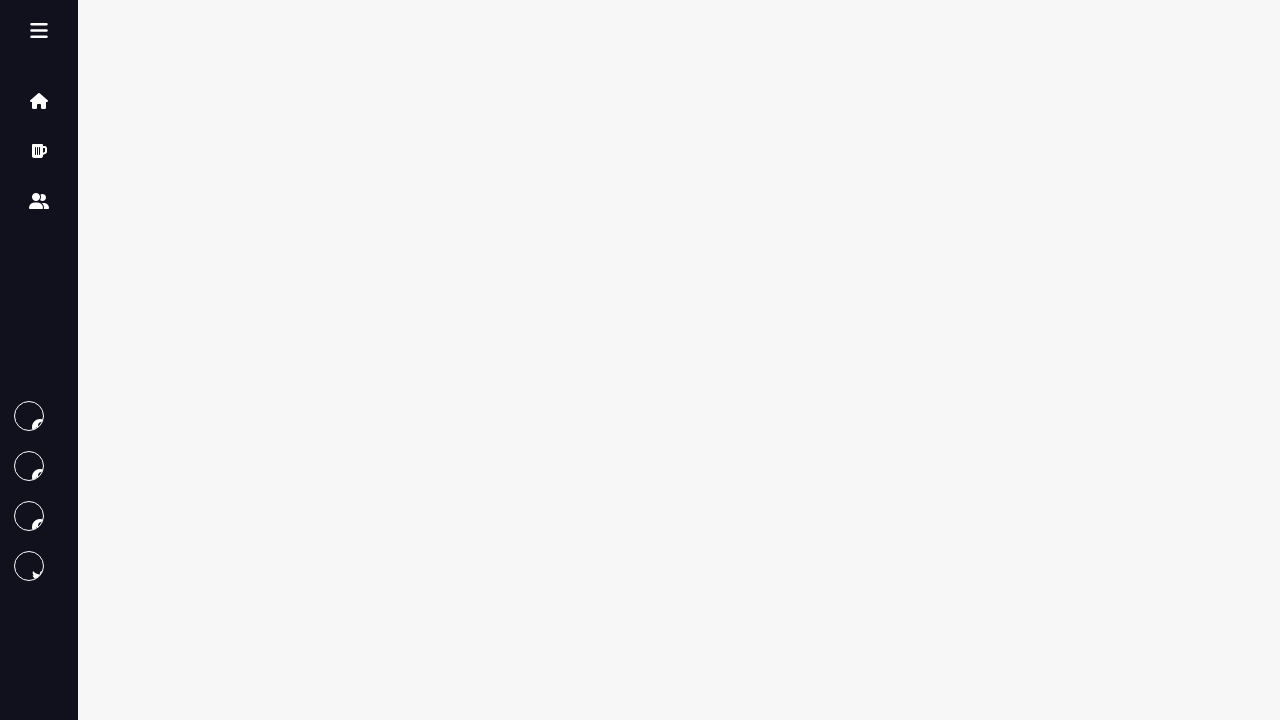
Repository: Nic98/MilkTeaWebsite
Page: mywebsite.html
These files come from the project's save history. The page is drawn as it stood at one moment and after the next save; the edit follows.
The browser window is 1280 px wide. The pictures show the whole page.
Some web libraries are served in a nearby version.

Above is the page before, as saved 2024-05-28 23:12:59.

After the next save:
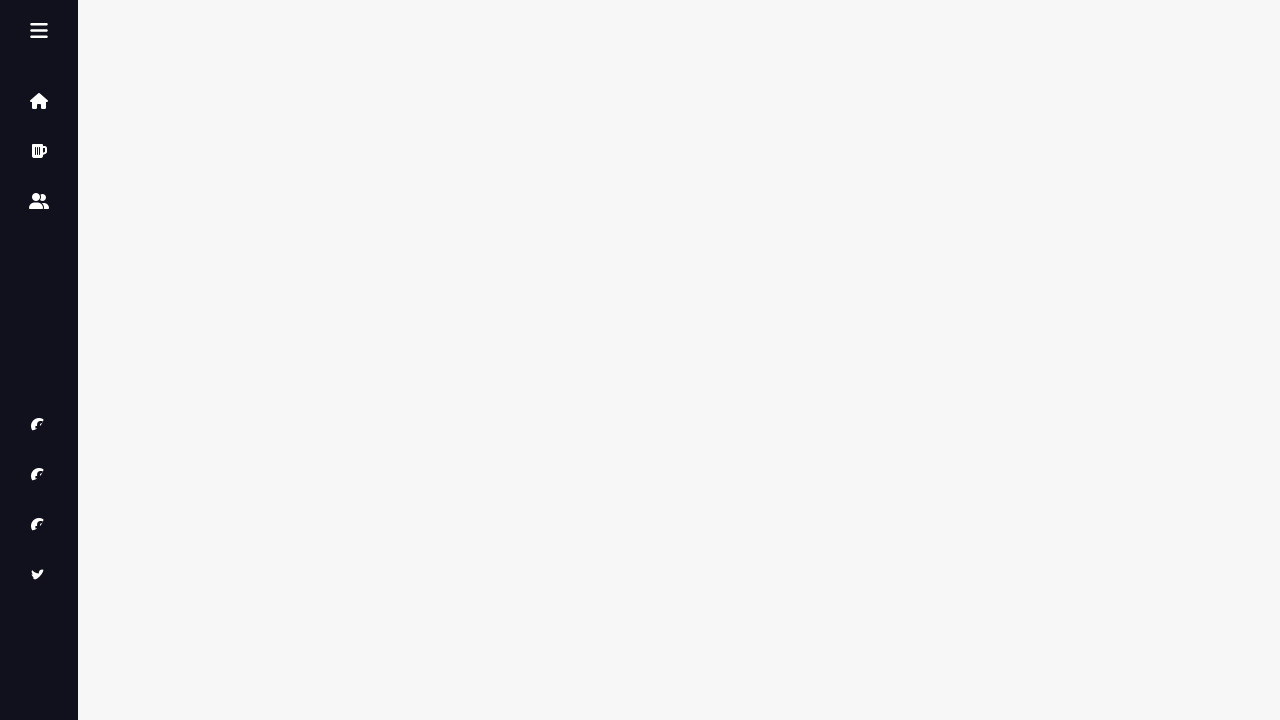
Saved 28 s later.
--- a/mywebsite.css
+++ b/mywebsite.css
@@ -297,6 +297,7 @@ body {
   transition: all 0.4s ease;
   z-index: 1;
   border: 1px solid #fff
+  top: 10px
 }
 
 .sidebar.active .contact_list li i {
